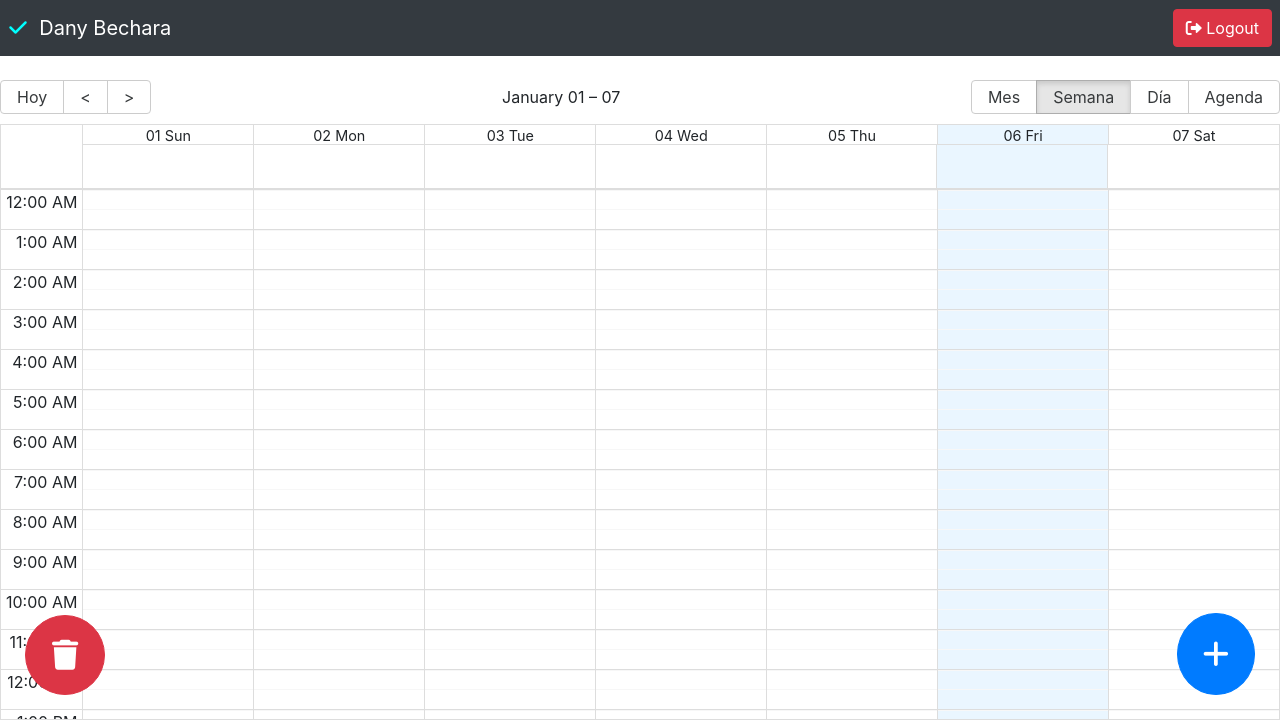
Repository: bechara611/calendar-frontend
Page: /
These files come from the project's save history. The page is drawn as it stood at one moment and after the next save; the edit follows.
The browser window is 1280 px wide. The pictures show the whole page.
An inner scrolling area shows only its first screen. The project was rebuilt for these pictures with package versions that can differ from the ones it lists, and the page was loaded fresh each time. Some packages were replaced by stand-ins written for this rebuild. Also part of the build but not shown: vite.config.js. Imported but missing from the stored project, and not drawn on this page: src/auth.

Above is the page before, as saved 2023-01-06 16:10:46.

### index.html
<!DOCTYPE html>
<html lang="en">
  <head>
    <meta charset="UTF-8" />
    <link rel="icon" type="image/svg+xml" href="/vite.svg" />
    <meta name="viewport" content="width=device-width, initial-scale=1.0" />
    <title>CalendarDB</title>
    <link rel="stylesheet" href="https://cdn.jsdelivr.net/npm/bootstrap@4.5.3/dist/css/bootstrap.min.css" integrity="sha384-TX8t27EcRE3e/ihU7zmQxVncDAy5uIKz4rEkgIXeMed4M0jlfIDPvg6uqKI2xXr2" crossorigin="anonymous">
    <link rel="stylesheet" href="https://cdnjs.cloudflare.com/ajax/libs/font-awesome/6.2.1/css/all.min.css" integrity="sha512-MV7K8+y+gLIBoVD59lQIYicR65iaqukzvf/nwasF0nqhPay5w/9lJmVM2hMDcnK1OnMGCdVK+iQrJ7lzPJQd1w==" crossorigin="anonymous" referrerpolicy="no-referrer" />
  </head>
  <body>
    <div id="root"></div>
    <script type="module" src="/src/main.jsx"></script>
  </body>
</html>

### src/main.jsx
import React from 'react'
import ReactDOM from 'react-dom/client'
import { Provider } from 'react-redux'
import { BrowserRouter } from 'react-router-dom'
import { CalendarApp } from './CalendarApp'
import { store } from './store/store'
import './styles.css'

ReactDOM.createRoot(document.getElementById('root')).render(

  <Provider store={store}>
    <BrowserRouter>
      <CalendarApp />
    </BrowserRouter>
  </Provider>
)

### src/CalendarApp.jsx
import React from 'react'
import { AppRouter } from './router/AppRouter'

export const CalendarApp = () => {
  return (
   <AppRouter></AppRouter>
  )
}

### src/store/store.js
import { configureStore } from '@reduxjs/toolkit'
import { CalendarSlice } from './calendar/CalendarSlice'
import { uiSlice } from './ui/uiSlice'

export const store = configureStore({
  reducer: {
    ui:uiSlice.reducer,
    calendar:CalendarSlice.reducer
  },
  middleware:(getDefaultMiddleware)=>{return getDefaultMiddleware({
    serializableCheck:false
  })}
})

### src/styles.css
:root {
    --ColorAzul: blue;
  }

### src/router/AppRouter.jsx
import React from 'react'
import { Navigate, Route, Routes } from 'react-router-dom'
import { LoginPages } from '../auth/'
import { CalendarPages } from '../calendar/'


export const AppRouter = () => {
 // const authStatus = 'not-authenticated'
  const authStatus = 'authenticated'
  return (
    <Routes>
      {
        (authStatus === 'not-authenticated'
          ? <Route path='/auth/*' element={<LoginPages></LoginPages>}></Route>
          : <Route path='/*' element={<CalendarPages></CalendarPages>}></Route>
        )
      }
      <Route path='/*' element={<Navigate to={'/auth/login'}></Navigate>}></Route>

    </Routes>
  )
}

### src/store/calendar/CalendarSlice.js
import { createSlice } from '@reduxjs/toolkit'
import { addHours } from 'date-fns';

const tempEvents={
        _id: new Date().getTime(),
        title: 'Cumple de dany',
        notes: 'Torta para Dany',
        start: new Date(),
        end: addHours(new Date(), 3),
        bgColor: '#fafafa',
        user: {
          id: '123',
          name: 'Dany Bechara'
        }
    }


const initialState = {
events:[tempEvents],
activeEvent:null,
}

export const CalendarSlice = createSlice({
  name: 'calendar',
  initialState,
  reducers: {
    onNewEvent:(state,{payload})=>{
    state.events.push(payload)
    state.activeEvent=null;
    },
    onSetActiveEvent:(state,{payload})=>{
        state.activeEvent=payload;
    },
    onUpdateEvent:(state,{payload})=>{
        state.events=state.events.map(evento=>{
            if(evento._id===payload._id){

                return payload
            }
            return evento
        })
    },
    onDeleteEvent:(state)=>{
        if(state.activeEvent){
        state.events=state.events.filter(evento=>evento._id!==state.activeEvent._id)
    }
    }
  }
});

export const {onSetActiveEvent,onNewEvent,onUpdateEvent,onDeleteEvent} = CalendarSlice.actions

### src/store/ui/uiSlice.js
import { createSlice } from '@reduxjs/toolkit'

const initialState = {
isDateModalOpen:false,
}

export const uiSlice = createSlice({
  name: 'ui',
  initialState,
  reducers: {
    onOpenDateModal:(state,action)=>{
        state.isDateModalOpen=true;
    },
    onCloseDateModal:(state,action)=>{
        state.isDateModalOpen=false
    }
  }
});

export const {onOpenDateModal,onCloseDateModal} = uiSlice.actions

export default uiSlice.reducer

### src/calendar/index.js
export * from './pages/CalendarPages'
export * from './components/NavBar'

### src/calendar/pages/CalendarPages.jsx

import 'react-big-calendar/lib/css/react-big-calendar.css'
import React, { useState } from 'react'
import { Calendar } from 'react-big-calendar'
import { NavBar } from '../components/NavBar'
import { localizer } from '../../helpers/'
import { getMessages } from '../../helpers/Messages'
import { CalendarEvent } from '../components/CalendarEvent'
import { addHours } from "date-fns";
import { CalendarModal } from '../components/CalendarModal'
import { useUiStore } from '../../hooks'
import { useCalendar } from '../../hooks/useCalendar'
import { FabAddNew } from '../components/FabAddNew'
import { FabDelete } from '../components/FabDelete'


export const CalendarPages = () => {
  const {openDateModal}= useUiStore()
  const {events,setActiveEvent,hasEventSelected}= useCalendar();
const [lastView, setlastView] = useState(localStorage.getItem('lastview')|| 'week')

const onDoubleClick = (evento) => {
  console.log({ doubleClick: evento })
  openDateModal();
}
const onClick = (evento) => {
  // console.log({ Click: evento })
  setActiveEvent(evento)
}
const onViewChange = (evento) => {

  localStorage.setItem('lastview',evento)
  setlastView(localStorage.getItem('lastview'));
}

const eventStyleGetter = (event, start, end, isSelected) => {
  const style = {
    backgroundColor: isSelected ?  '#347CF7' : '',
    borderRadius: '0px',
    fontSize:'12px',
    opacity: 0.8,
    color: 'white'
  }
    return { style }
}
  return (
    <>
      <NavBar></NavBar>
      <Calendar
      view={lastView}
        localizer={localizer}
        events={events}
        startAccessor="start"
        endAccessor="end"
        messages={getMessages()}
        style={{ height: 'calc( 100vh - 80px )' }}
        eventPropGetter={eventStyleGetter}
        components={{
          event: CalendarEvent
        }}
        onDoubleClickEvent={onDoubleClick}
        onSelectEvent={onClick}
        onView={onViewChange}
      />
      <CalendarModal></CalendarModal>
      <FabAddNew></FabAddNew>
      {

      }
      {hasEventSelected ? <FabDelete></FabDelete>:<></> }
      <FabDelete></FabDelete>
    </>

  )
}

### src/calendar/components/NavBar.jsx
import React from 'react'
import './NavBar.css'
export const NavBar = () => {
  return (
    <div className="navbar navbar-dark bg-dark mb-4 px-2">
    <span className='navbar-brand'>

    <i className="fa-sharp fa-solid fa-check icono"></i>

    &nbsp;
    Dany Bechara
    </span>
    <button className='btn btn-danger '>
    <i className="fa-solid fa-right-from-bracket"></i>

    <span> Logout</span>
    </button>
    </div>
  )
}

### src/helpers/index.js
export * from './CalendarLocalizer'

### src/helpers/Messages.js
export const getMessages =()=>{
    return {
        allDay: 'Todo el día',
        previous: '<',
        next: '>',
        today: 'Hoy',
        month: 'Mes',
        week: 'Semana',
        day: 'Día',
        agenda: 'Agenda',
        date: 'Fecha',
        time: 'Hora',
        event: 'Evento',
        noEventsInRange: 'No hay eventos en este rango',
        showMore: total => `+ Ver más (${total})`
    };
}

### src/calendar/components/CalendarEvent.jsx
import React from 'react'

export const CalendarEvent = ({ event }) => {

    const { title, user } = event
    return (
        <>
            <strong>{title}</strong>
            <span> - {user.name}</span>
        </>)
}

### src/calendar/components/CalendarModal.jsx
import { addHours, differenceInSeconds } from 'date-fns';
import React, { useEffect, useMemo, useState } from 'react'
import DatePicker from "react-datepicker";
import Modal from 'react-modal'
import "react-datepicker/dist/react-datepicker.css";
import './CalendarModal.css'
import Swal from 'sweetalert2';
import 'sweetalert2/dist/sweetalert2.min.css'
import { useUiStore } from '../../hooks';
import { useCalendar } from '../../hooks/useCalendar';
const customStyles = {
    content: {
        top: '50%',
        left: '50%',
        right: 'auto',
        bottom: 'auto',
        marginRight: '-50%',
        transform: 'translate(-50%, -50%)',
    },
};
Modal.setAppElement('#root');
export const CalendarModal = () => {
    const { isDateModalOpen, closeDateModal } = useUiStore()
    const { activeEvent, startSavingEvent } = useCalendar();
    const [submited, setsubmited] = useState(false)
    const [formValues, setformValues] = useState({
        title: 'dany',
        notes: '',
        start: new Date(),
        end: addHours(new Date(), 2)
    })
    const isValidOrNot = useMemo(() => {
        if (submited === false) { return '' }
        if (formValues.title.length > 0) {
            return ''
        } else {
            return 'is-invalid'
        }
    }, [formValues.title, submited])

    const onChangeInput = ({ target }) => {
        setformValues({
            ...formValues,
            [target.name]: target.value
        })
    }
    const onDateChange = (event, tipoFecha = 'start') => {
        setformValues({
            ...formValues,
            [tipoFecha]: event
        })
    }
    const onCloseModal = () => {
        console.log('cerrando modal')

        console.log(formValues);
        closeDateModal();
    }

    const onSubmit = async (event) => {
        event.preventDefault();
        setsubmited(true)
        //comparamos dos fechas
        const diferencia = differenceInSeconds(formValues.end, formValues.start);
        if (isNaN(diferencia) || diferencia <= 0) {
            Swal.fire('Incorrect Dates', 'Please insert a valid a date', 'error')
            return;
        }
        if (formValues.title.length <= 0) {
            console.log('Please, insert a title')
            return
        }

        await startSavingEvent(formValues);
        closeDateModal();
        setsubmited(false)
        //TODO REMOVER ERRORES EN PANTALLA, CERRAR MODAL


    }

    useEffect(() => {
        if (activeEvent !== null) {
            setformValues(activeEvent)

        }

    }, [activeEvent])

    return (
        <>
            <Modal
                isOpen={isDateModalOpen}
                onRequestClose={onCloseModal}
                style={customStyles}
                className='modal'
                overlayClassName='modal-fondo'
                closeTimeoutMS={200}
            >
                <h3> New event</h3>
                <hr />
                <form className="container" onSubmit={onSubmit}>

                    <div className="form-group mb-2">
                        <label>Date and Time (Start)</label>
                        <DatePicker
                            dateFormat='Pp'
                            showTimeSelect
                            selected={formValues.start}
                            onChange={(evento) => onDateChange(evento, 'start')}
                            className='form-control'></DatePicker>
                    </div>

                    <div className="form-group mb-2">
                        <label>Date and Time (End) </label>
                        <DatePicker
                            minDate={formValues.start}
                            selected={formValues.end}
                            onChange={(evento) => onDateChange(evento, 'end')}
                            dateFormat='Pp'
                            showTimeSelect
                            className='form-control'>
                        </DatePicker>
                    </div>

                    <hr />
                    <div className="form-group mb-2">
                        <label>Title and notes</label>
                        <input
                            type="text"
                            className={`form-control ${isValidOrNot}`}
                            placeholder="Title"
                            name="title"
                            autoComplete="off"
                            value={formValues.title}
                            onChange={onChangeInput}
                        />
                        <small id="emailHelp" className="form-text text-muted">a short description</small>
                    </div>

                    <div className="form-group mb-2">
                        <textarea
                            type="text"
                            className="form-control"
                            placeholder="Notes"
                            rows="5"
                            name="notes"
                            value={formValues.notes}
                            onChange={onChangeInput}
                        ></textarea>
                        <small id="emailHelp" className="form-text text-muted">Information</small>
                    </div>

                    <button
                        type="submit"
                        className="btn btn-outline-primary btn-block"
                    >
                        <i className="far fa-save"></i>
                        <span> Save</span>
                    </button>

                </form>
            </Modal>
        </>
    )
}

### src/hooks/index.js
export * from './useUiStore'

### src/hooks/useCalendar.jsx
import { useDispatch, useSelector } from "react-redux"
import { onDeleteEvent, onNewEvent, onSetActiveEvent, onUpdateEvent } from "../store/calendar/CalendarSlice";


export const useCalendar = () => {
 const {events,activeEvent} = useSelector(state=>state.calendar);
 const dispatch=useDispatch();

 const setActiveEvent=(calendarEvent)=>{
dispatch(onSetActiveEvent(calendarEvent))
 }
 const startSavingEvent=async(calendarEvent)=>{

    //TODO llegar al backend

    //TODO bien
    if(calendarEvent._id){
        //actualizando
        dispatch(onUpdateEvent(calendarEvent))
    }else{
        //creando
        dispatch(onNewEvent({...calendarEvent,_id:new Date().getTime()}))
    }
 }

 const startDeletingEvent=()=>{
    //TODOO llegar al back
    dispatch(onDeleteEvent());
 }

    return {
        //propiedades
        events,
        activeEvent,
        hasEventSelected: !!activeEvent,
        //metodos
        setActiveEvent,
        startSavingEvent,
        startDeletingEvent
 }
}

### src/calendar/components/FabAddNew.jsx
import { addHours } from 'date-fns'
import React from 'react'
import { useUiStore } from '../../hooks'
import { useCalendar } from '../../hooks/useCalendar'

export const FabAddNew = () => {
    const {openDateModal}= useUiStore()
    const {setActiveEvent} = useCalendar()

    const handleclickNew =()=>{
        openDateModal();
        setActiveEvent({
            title: '',
            notes: '',
            start: new Date(),
            end: addHours(new Date(), 3),
            bgColor: '#fafafa',
            user: {
              id: '123',
              name: 'Dany Bechara'
        }})
    }
  return (
    <>
    <button
    className='btn btn-primary fab'
    onClick={handleclickNew}
    >
    <i className='fa fa-plus'></i>
    </button>
    </>
  )
}

### src/calendar/components/FabDelete.jsx
import { addHours } from 'date-fns'
import React from 'react'
import { useUiStore } from '../../hooks'
import { useCalendar } from '../../hooks/useCalendar'

export const FabDelete = () => {
    const {startDeletingEvent} = useCalendar()

    const handleDelete =()=>{
      startDeletingEvent()
    }
  return (
    <>
    <button
    className='btn btn-danger fabDelete'
    onClick={handleDelete}
    >
    <i className='fa fa-trash'></i>
    </button>
    </>
  )
}

### src/calendar/components/NavBar.css
.icono{
color: aqua;
}

### src/helpers/CalendarLocalizer.js
import {format,parse,startOfWeek,getDay} from 'date-fns'
import enUS from 'date-fns/locale/en-US'
import { dateFnsLocalizer } from 'react-big-calendar'

const locales = {
    'en-US': enUS,
  }

 export const localizer = dateFnsLocalizer({
    format,
    parse,
    startOfWeek,
    getDay,
    locales,
  })

### src/calendar/components/CalendarModal.css
/* Modal */
.ReactModalPortal > div{
    opacity: 0;
}

.ReactModalPortal .ReactModal__Overlay {
    align-items: center;
    display: flex;
    justify-content: center;
    transition: opacity .2s ease-in-out;
    z-index: 999;
}

.modal-fondo {
    background-color: rgba(0, 0, 0, 0.3);
    bottom: 0;
    left: 0;
    right: 0;
    top: 0;
    position: fixed;
}

.ReactModalPortal .ReactModal__Overlay--after-open {
    opacity: 1;
}

.ReactModalPortal .ReactModal__Overlay--before-close {
    opacity: 0;
}

.modal {
    background: white;
    border-radius: 5px;
    color: rgb(51, 51, 51);
    display: inline;
    max-height: 620px;
    max-width: 500px;
    outline: none;
    padding: 10px;
}

.fab{
    border-radius: 100%;
    bottom: 25px;
    right: 25px;
    font-size: 30px;
    padding: 25px;
    position: fixed;
}


.fabDelete{
    border-radius: 100%;
    bottom: 25px;
    left: 25px;
    font-size: 30px;
    position: fixed;
    width: 80px;
    height: 80px;
}

### src/hooks/useUiStore.jsx
import { useDispatch, useSelector } from 'react-redux'
import { onCloseDateModal, onOpenDateModal } from '../store/ui/uiSlice';

export const useUiStore = () => {
 const dispatch = useDispatch();
    const {
    isDateModalOpen
 } = useSelector(state=>state.ui)

 const openDateModal=()=>{
    dispatch(onOpenDateModal());
 }
 const closeDateModal=()=>{
    dispatch(onCloseDateModal())
 }
 return {
    //*propiedades
    isDateModalOpen,
    //*Metodos
    openDateModal,
    closeDateModal

 }


}

After the next save:
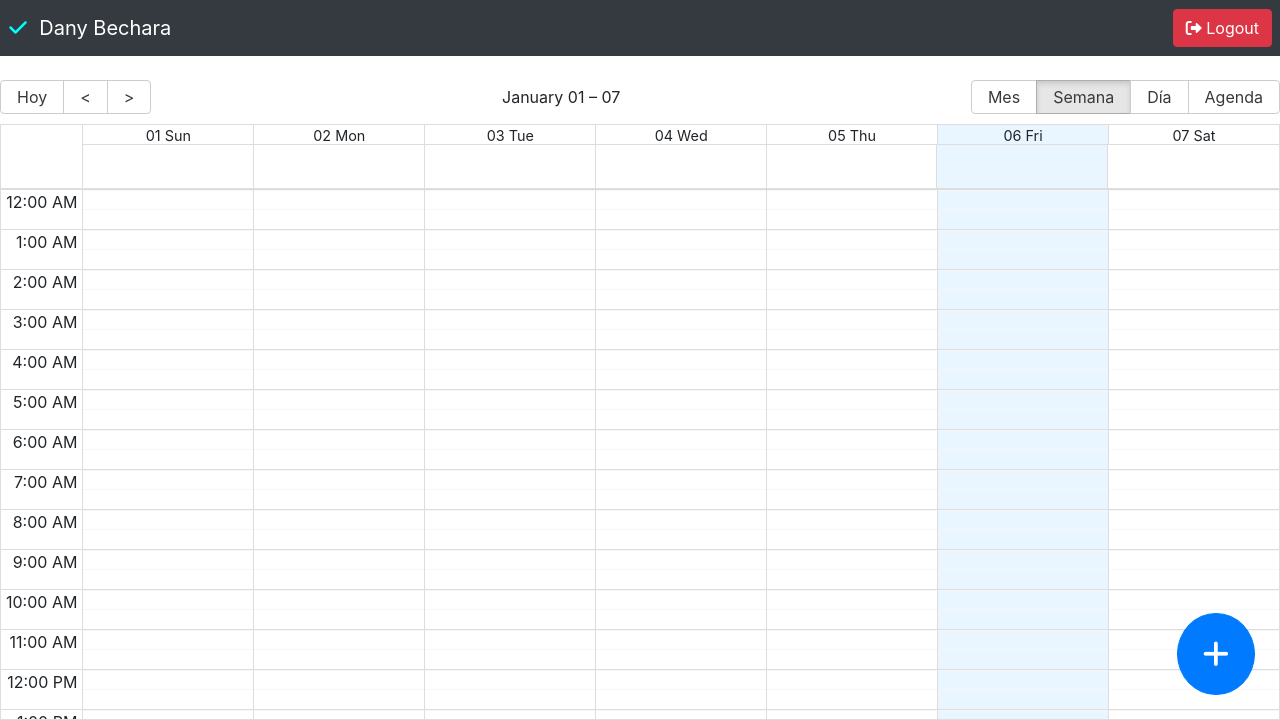
Saved 53 s later.
--- a/src/calendar/pages/CalendarPages.jsx
+++ b/src/calendar/pages/CalendarPages.jsx
@@ -68,7 +68,7 @@ const eventStyleGetter = (event, start, end, isSelected) => {
 
       }
       {hasEventSelected ? <FabDelete></FabDelete>:<></> }
-      <FabDelete></FabDelete>
+
     </>
 
   )
